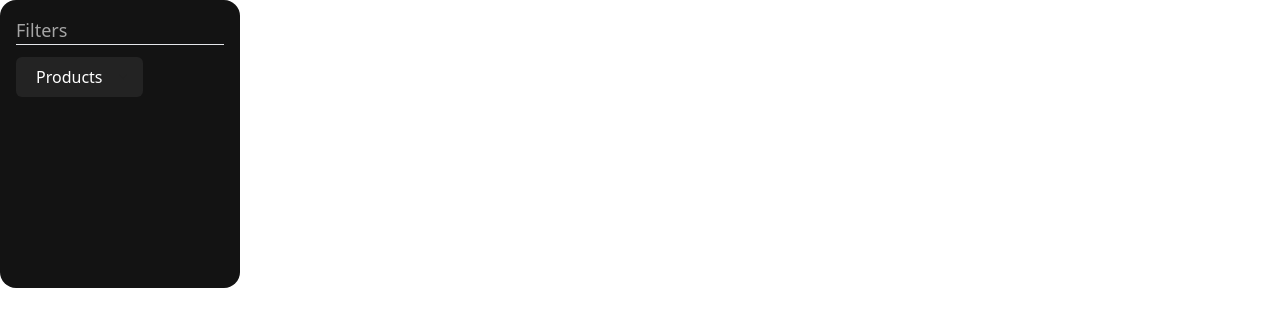
Repository: SayedJamil/Edvora-app
Page: /leftcard
An editor plug-in stored every save of this project. The page is shown before and after the next save, followed by the edit.
The browser window is 1280 px wide. The pictures show the whole page.
The project was rebuilt for these pictures with package versions that can differ from the ones it lists, and the page was loaded fresh each time. The framework's server and built-in components were replaced by stand-ins that run in the browser. Also part of the build but not shown: next.config.js.

Above is the page before, as saved 2021-12-19 16:10:01.

After the next save:
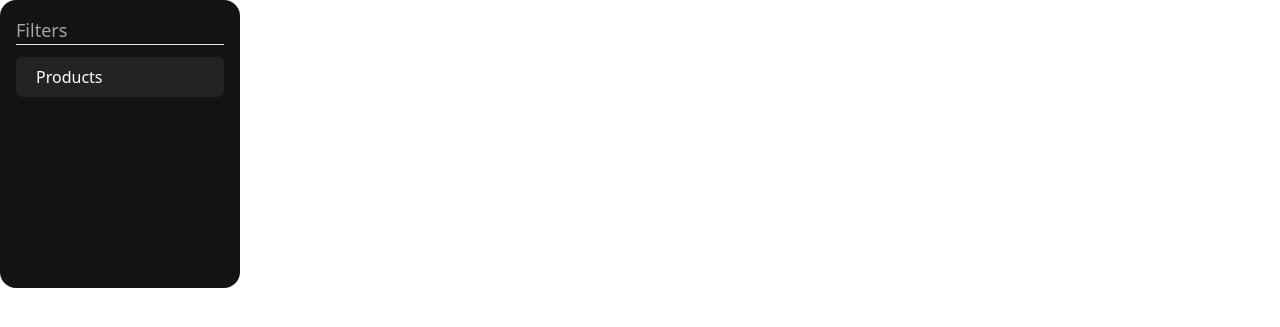
Saved 8 s later.
--- a/pages/leftcard.js
+++ b/pages/leftcard.js
@@ -3,7 +3,7 @@ function leftcard() {
         <div className="h-72 w-60 bg-[#131313] rounded-2xl p-4">
             <h3 className="text-[#A5A5A5] font-light text-lg">Filters</h3>
             <div className="w-full bg-gray-200 h-px mb-3"></div>
-            <div class="relative inline-flex">
+            <div class="relative inline-flex w-full mb-2">
                 <svg class="w-2 h-2 absolute top-0 right-0 m-4 pointer-events-none" xmlns="http://www.w3.org/2000/svg" viewBox="0 0 412 232"><path d="M206 171.144L42.678 7.822c-9.763-9.763-25.592-9.763-35.355 0-9.763 9.764-9.763 25.592 0 35.355l181 181c4.88 4.882 11.279 7.323 17.677 7.323s12.796-2.441 17.678-7.322l181-181c9.763-9.764 9.763-25.592 0-35.355-9.763-9.763-25.592-9.763-35.355 0L206 171.144z" fill="#232323" fill-rule="nonzero" /></svg>
                 <select class="rounded-md h-10 pl-5 pr-10 bg-[#232323] hover:border-[#232323] focus:outline-none appearance-none outline-none text-white w-full">
                     <option>Products </option>
